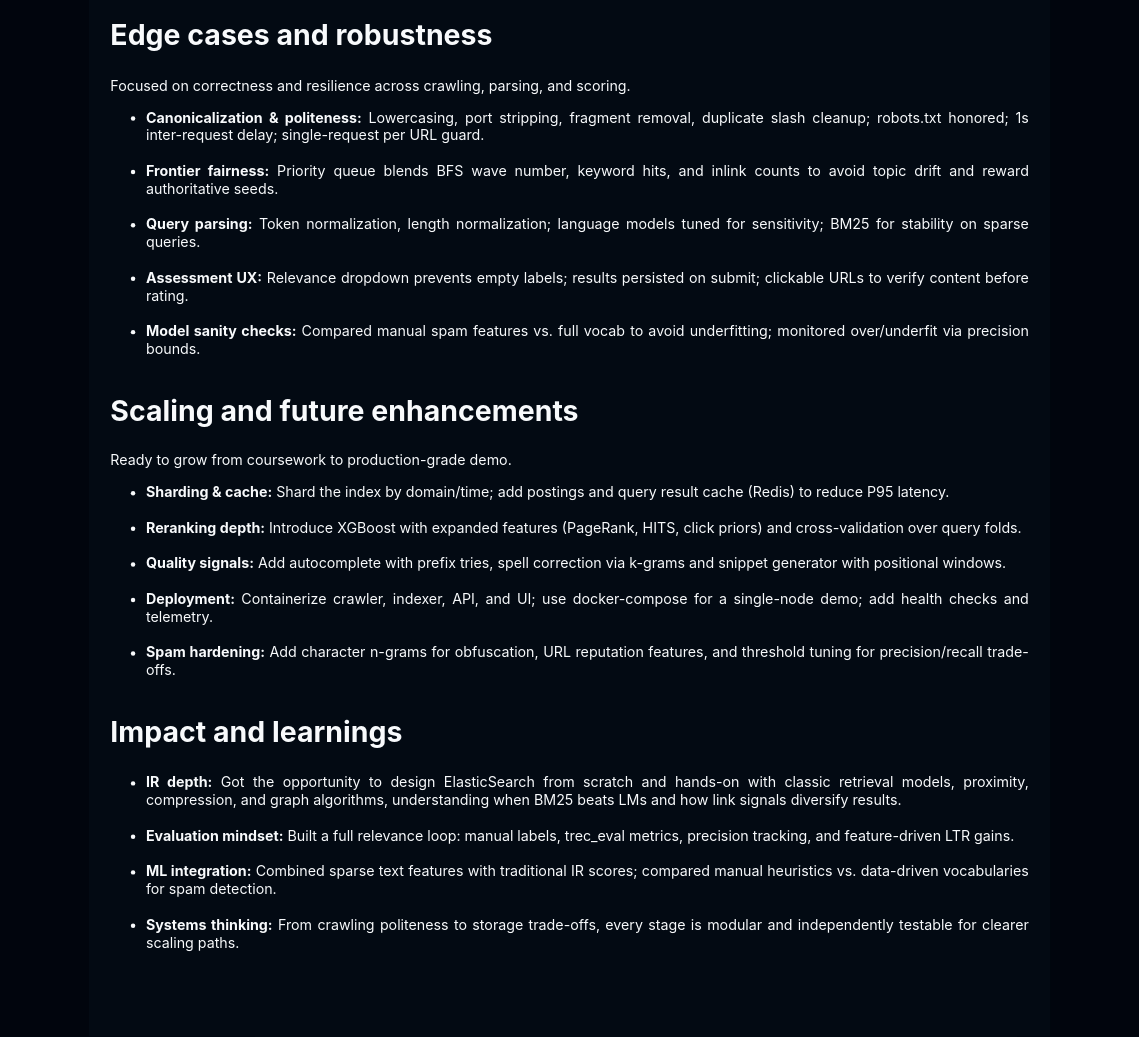
Repository: Abdulaziz-04/Abdulaziz-04.github.io
Page: deepdives/backend_systems/search_engine/search_engine.html
These files come from the project's save history. The page is drawn as it stood at one moment and after the next save; the edit follows.
The browser window is 1280 px wide. The pictures show the part of the page from y = 5157 to 6322 px (the page is 6322 px tall before and 5900 px after), at 89% of full size.
A picture or video elsewhere on the page could not be fetched, so the positions and the page height are approximate.

Above is the page before, as saved 2025-11-21 21:09:58.

After the next save:
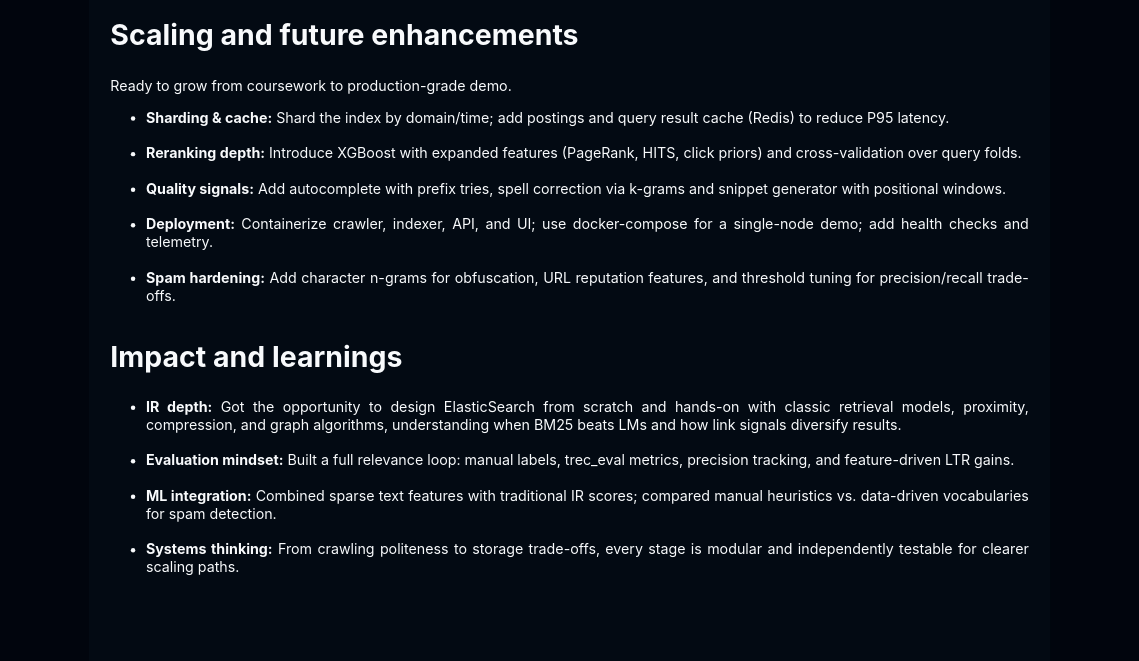
Saved 25 s later.
--- a/deepdives/backend_systems/search_engine/search_engine.html
+++ b/deepdives/backend_systems/search_engine/search_engine.html
@@ -360,48 +360,6 @@
         </div>
       </section>
 
-      <!-- EDGE CASES & ROBUSTNESS -->
-      <section class="detail-section">
-        <h2>Edge cases and robustness</h2>
-        <p>
-          Focused on correctness and resilience across crawling, parsing, and
-          scoring.
-        </p>
-
-        <ul>
-          <li>
-            <b>Canonicalization &amp; politeness:</b>
-            Lowercasing, port stripping, fragment removal, duplicate slash
-            cleanup; robots.txt honored; 1s inter-request delay; single-request
-            per URL guard.
-          </li>
-          <br />
-          <li>
-            <b>Frontier fairness:</b>
-            Priority queue blends BFS wave number, keyword hits, and inlink
-            counts to avoid topic drift and reward authoritative seeds.
-          </li>
-          <br />
-          <li>
-            <b>Query parsing:</b>
-            Token normalization, length normalization; language models tuned for
-            sensitivity; BM25 for stability on sparse queries.
-          </li>
-          <br />
-          <li>
-            <b>Assessment UX:</b>
-            Relevance dropdown prevents empty labels; results persisted on
-            submit; clickable URLs to verify content before rating.
-          </li>
-          <br />
-          <li>
-            <b>Model sanity checks:</b>
-            Compared manual spam features vs. full vocab to avoid underfitting;
-            monitored over/underfit via precision bounds.
-          </li>
-        </ul>
-      </section>
-
       <!-- SCALING & FUTURE ENHANCEMENTS -->
       <section class="detail-section">
         <h2>Scaling and future enhancements</h2>
